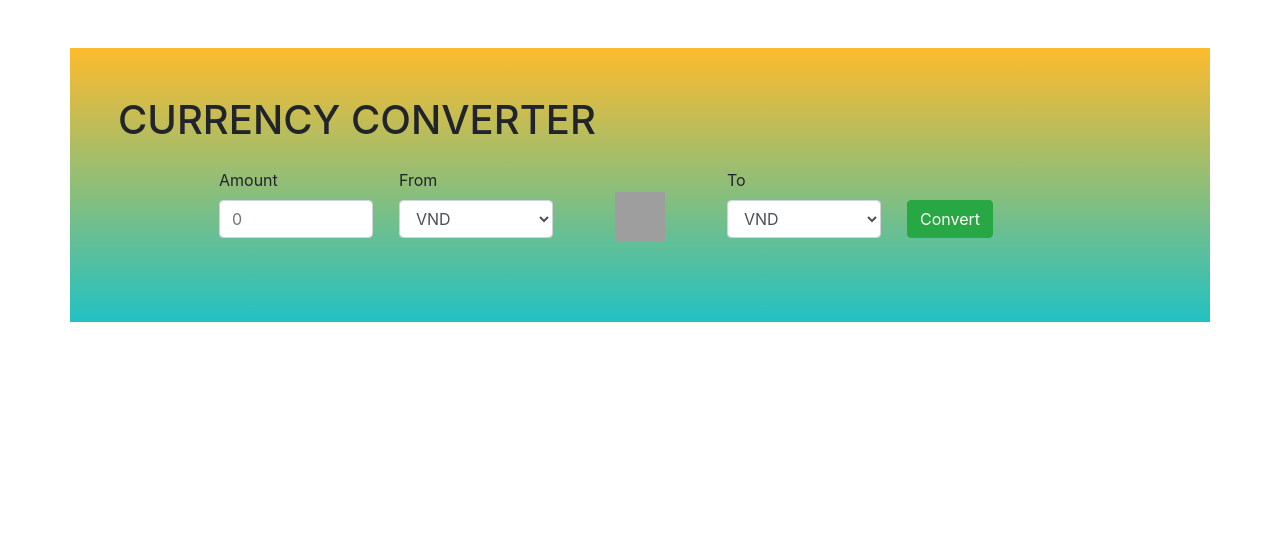
Repository: tts2610/MoneyConverter
Page: index.html
These files come from the project's save history. The page is drawn as it stood at one moment and after the next save; the edit follows.
The browser window is 1280 px wide. The pictures show the whole page.
Pictures or frames that could not be fetched are drawn as grey boxes.

Above is the page before, as saved 2020-05-11 21:55:21.

After the next save:
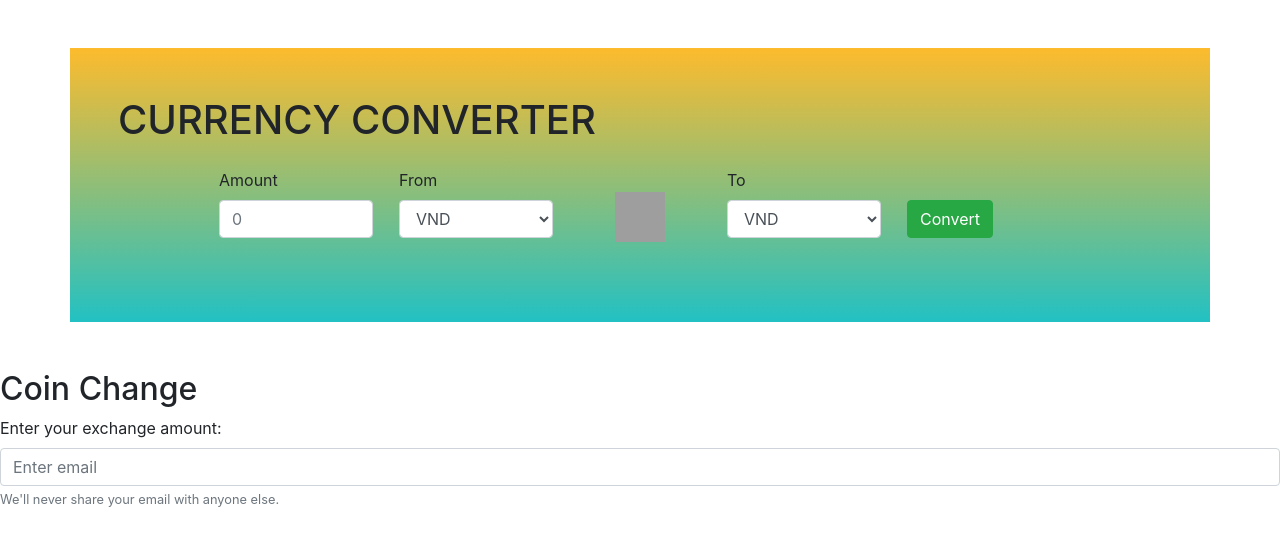
Saved 13 h 31 min later.
--- a/index.html
+++ b/index.html
@@ -50,6 +50,17 @@
         </div>
         <p id="result" style="color:deeppink; font-weight: 700; font-size: xxx-large; text-align: center;"></p>
     </form>
+
+    <h2>Coin Change</h2>
+    <form>
+        <div class="form-group">
+            <label for="exampleInputEmail1">Enter your exchange amount:</label>
+            <input type="number" class="form-control" id="exampleInputEmail1" aria-describedby="emailHelp" placeholder="Enter email">
+            <small id="emailHelp" class="form-text text-muted">We'll never share your email with anyone else.</small>
+        </div>
+    </form>
+
+
     <script src="js/script.js"></script>
     <script>
     </script>
